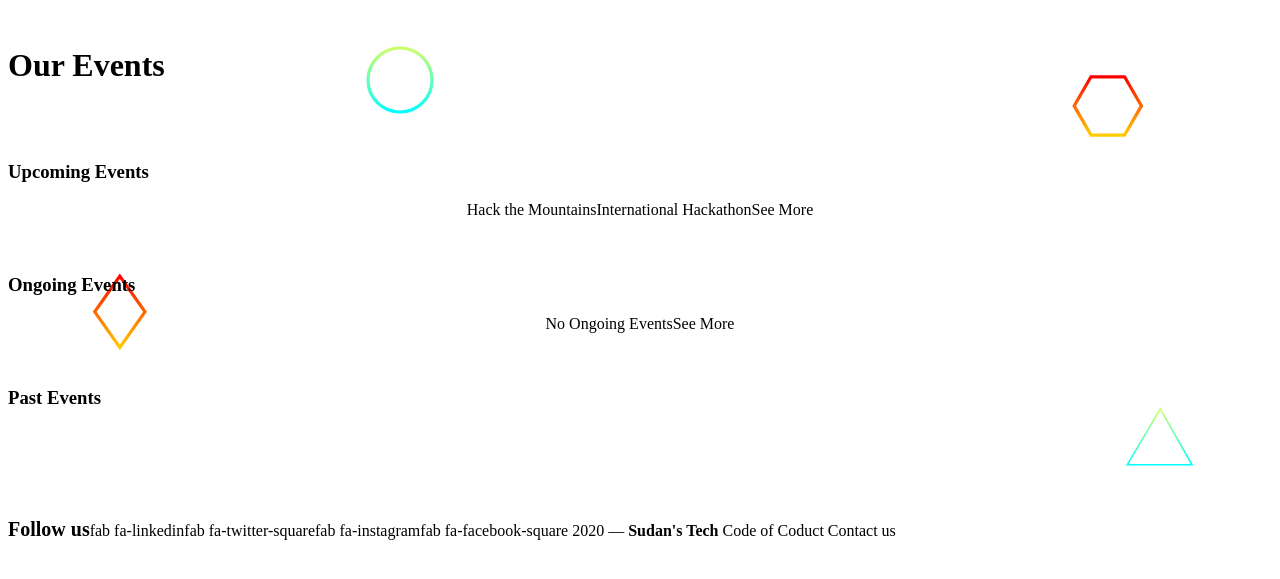
Repository: Sudan-s-Tech/Sudans-Tech
Page: /events
These files come from the project's save history. The page is drawn as it stood at one moment and after the next save; the edit follows.
The browser window is 1280 px wide. The pictures show the whole page.
The project was rebuilt for these pictures with package versions that can differ from the ones it lists, and the page was loaded fresh each time. The framework's server and built-in components were replaced by stand-ins that run in the browser. Also part of the build but not shown: layouts/error.vue.

Above is the page before, as saved 2020-07-31 18:23:10.

After the next save:
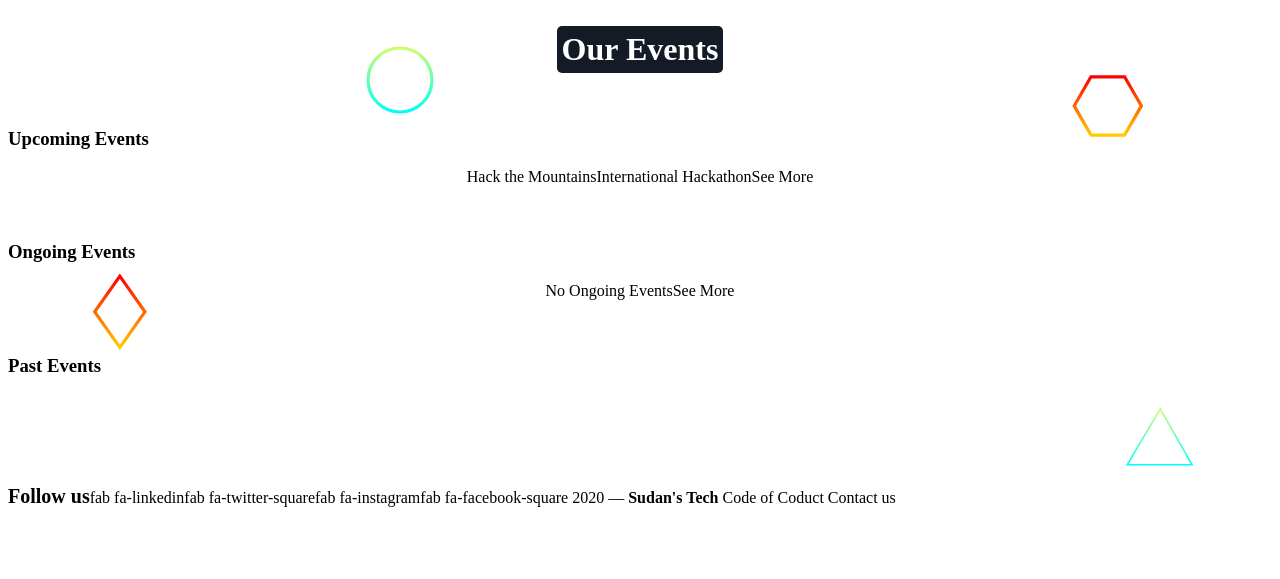
Saved 4 h 50 min later.
--- a/pages/events/index.vue
+++ b/pages/events/index.vue
@@ -43,4 +43,14 @@
 background-attachment: fixed;
 background-size: cover;
 }
+
+h4,h1{
+    display: table; /* keep the background color wrapped tight */
+    margin: 0px auto 0px auto; /* keep the table centered */
+    padding:5px;
+    background-color:#151b26;
+    color:#ffffff;
+    border-radius: 5px;
+    text-align: center;
+}
 </style>
